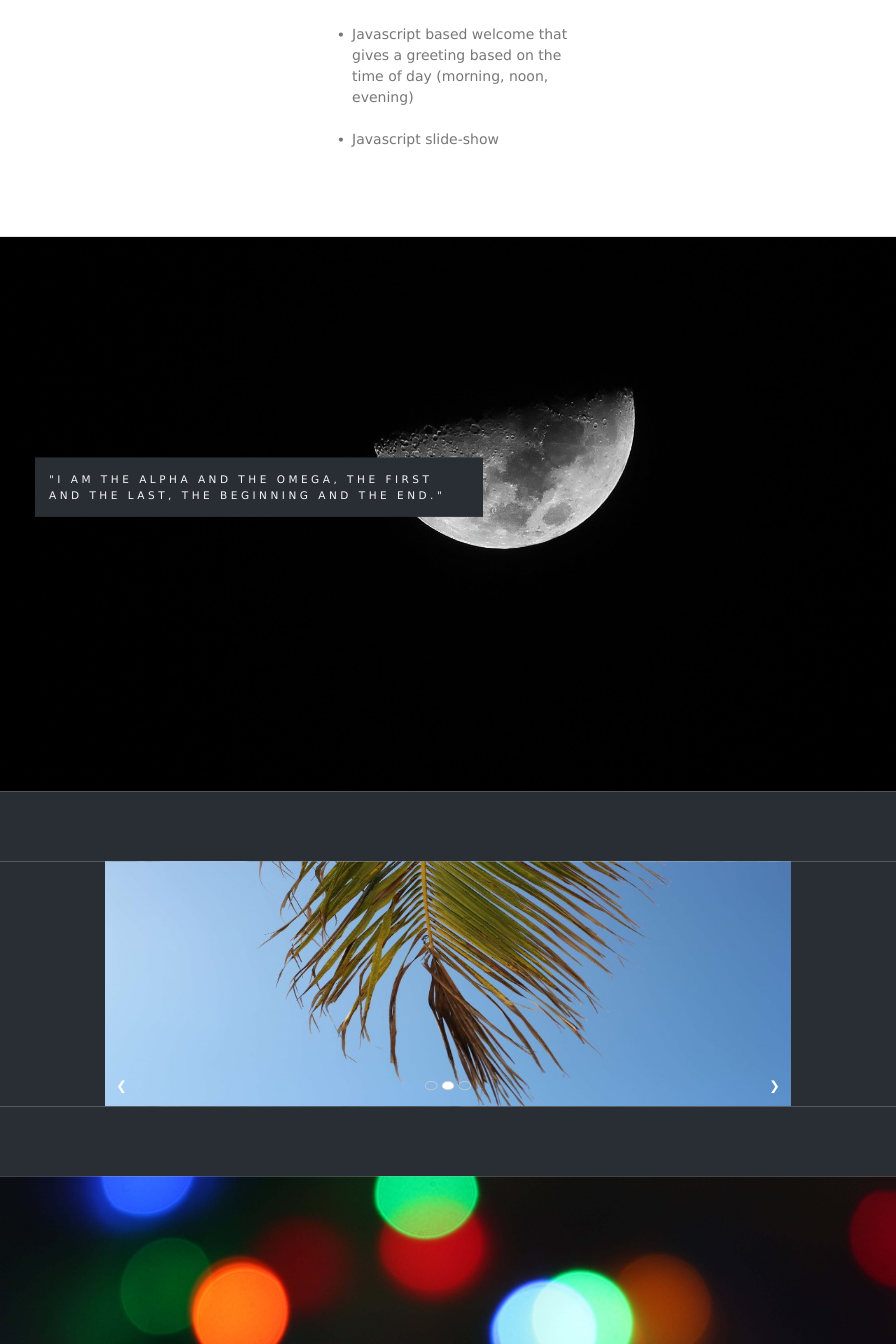
Repository: Jasondhillon/jasondhillon.github.io
Page: index.html
An editor plug-in stored every save of this project. The page is shown before and after the next save, followed by the edit.
The browser window is 1280 px wide. The pictures show the part of the page from y = 1458 to 3378 px (the page is 4201 px tall before and 4351 px after), at 70% of full size.
Backgrounds fixed to the window are drawn as part of the page.

Above is the page before, as saved 2020-04-07 22:36:04.

### index.html
<!DOCTYPE html>
<html>
<head>
  <title>Welcome</title>
  <meta name="viewport" content="width=device-width, initial-scale=1">
  <meta name="robots" content="noindex, nofollow">
  <style>
    /*Above the fold*/
      html, body{width:100%; height: 100%; font-family: 'Ubuntu', sans-serif; color: whitesmoke;}

      .parallax{
      height:110%;
      background-attachment: fixed;
      background-position: center;
      background-repeat: no-repeat;
      background-size: cover;
      z-index: -5;
      }

      .topnav {
      position: absolute;
      overflow: hidden;
      }

      .topnav a {
      float: left;
      display: block;
      color: white;
      text-align: center;
      padding: 22px 21px;
      text-decoration: none;
      text-shadow: 0px 0px 10px black;
      font-size: 20px;
      }


      .topnav a:hover {
      background-color: #ddd;
      color: black;
      text-shadow: none;
      }

      .topnav .icon {
      display: none;
      color: white;
      }

      #welcome{
      text-align: center;
      position: absolute;
      left:0;
      width:100%;
      top:40%;
    }

    /*Mobile Media Query*/
      @media screen and (max-width:770px){
        html{overflow-x: hidden}
        /*Change Parallax to use smaller images*/
        .parallax{background-attachment: scroll;}
        #parallax1{background-image: url(../img/mosaic_small.jpg) !important;}
        #parallax2{background-image: url(../img/moon4_small2.jpg) !important; }
        #parallax3{background-image: url(../img/blur_small.jpg) !important;}

        /*Change Navbar to become hamburger menu*/
        .topnav a:not(:last-child) {
            display: none;
        }

        .topnav{
            min-height:100px;
            position: relative;
        }
        .topnav a.icon {
            position: absolute;
            right: 0;
            display: block;

        }
        .topnav.responsive {
            position: relative;
        }
        .topnav.responsive .icon {
            position: absolute;
            right: 0;
            top: 0;
        }
        .topnav.responsive a {
            float: none;
            display: block;
            text-align: left;
        }
      }
  </style>
  <!-- Async Script -->
    <noscript id="deferred-styles">
      <link rel="stylesheet" type="text/css" href="css/stylesheet.css"/>
      <link rel="stylesheet" href="https://www.w3schools.com/w3css/4/w3.css">
      <link rel="stylesheet" href="https://fonts.googleapis.com/css?family=Lato">
    </noscript>
    <script>
      var loadDeferredStyles = function() {
        var addStylesNode = document.getElementById("deferred-styles");
        var replacement = document.createElement("div");
        replacement.innerHTML = addStylesNode.textContent;
        document.body.appendChild(replacement)
        addStylesNode.parentElement.removeChild(addStylesNode);
      };
      var raf = requestAnimationFrame || mozRequestAnimationFrame ||
          webkitRequestAnimationFrame || msRequestAnimationFrame;
      if (raf) raf(function() { window.setTimeout(loadDeferredStyles, 0); });
      else window.addEventListener('load', loadDeferredStyles);
    </script>

</head>

<body>
<!-- Parallax/Navbar -->
  <div id="parallax1" class="parallax" style=" z-index: 1; height:110%; background-image: url(img/mosaic.JPG);" >
    <!--p style="color:white; height:110%; z-index: -599; position: absolute;"> loading </p-->

    <nav class="topnav" id="myTopnav">
      <a href="">Home</a>
      <a href="website/index.html">Websites</a>
      <a href="java/index.html">Java</a>
      <a href="contact/index.html">Contact</a>
      <a href="javascript:void(0);" style="font-size:25px;" class="icon" onclick="myFunction();">&#9776;</a>
  </nav>

      <script>
          function myFunction()
          {
            var temp;
            var temp2;
            clearInterval(temp);
            clearInterval(temp2);

            var x = document.getElementById("myTopnav");
            var y = document.getElementById("welcometext");

            if (x.className === "topnav")
            {
              x.className += " responsive";

              y.style.opacity = 1;
              var temp = setInterval(function()
              {
                if(y.style.opacity<= 0)
                {
                  y.style.opacity = 0;
                  clearInterval(temp);

                }
                else
                {
                  y.style.opacity-=.1;
                  console.log("subtracting");
                }
              }, 10);

            }
            else
            {
              x.className = "topnav";
              y.style.opacity = 0;
                var temp2 = setInterval(function()
                {
                  if(y.style.opacity>= 1)
                  {
                    y.style.opacity = 1;
                    clearInterval(temp2);

                  }
                  else
                  {
                    y.style.opacity = parseFloat(y.style.opacity) + .05;
                    console.log("adding");
                  }
                }, 10);

            }
          }
      </script>

  <div id="welcome">
    <p id="welcometext">welcome</p>

    <script>
    var x = document.getElementById("welcometext");
    var y = new Date().getHours();
      if(y<12) x.innerHTML = "Good Morning";
      else if(y==12) x.innerHTML = "Welcome";
      else x.innerHTML = "Good Afternoon";
    </script>
  </div>

  </div>

<!-- Quote  -->
  <div style="background-color: white; padding: 80px 50px; line-height: 30px;">
    <h1 style="text-align: center; color: #444; text-transform: uppercase;">Jason Dhillon's Portfolio </h1>
    <p id="quote" >
      Hi there, welcome to my site, you will find various projects through the navbar at the top of the webpage.</p>
      <p id="quote">
        On this particular page of this site I am demonstrating:
      <ul id="quote" style="text-align: left; width: 30%;">
        <li>Pure HTML/CSS/JS written without any libraries</li>
        <li>Asynchronous Loading of CSS</li>
        <li>HTML parallax effect</li>
        <li>Media queries which make site easy to read on smaller screens</li>
        <li>Javascript based welcome that gives a greeting based on the time of day (morning, noon, evening)</li>
        <li>Javascript slide-show</li>
      </ul></p>
  </div>

<!-- Parallax/Moon -->
  <div id="parallax2" class="parallax" style="background-image: url(img/moon4.JPG);">
    <div style="position: relative; left:50px; top:100px; width:50%;">
      <p id="moontext">
        "I am the Alpha and the Omega,
          the First and the Last,
            the Beginning and the End."</p>
      </div>
  </div>

<!-- Slide Show -->
  <div style="background-color: #282E34; height: 100px;"></div>
  <div style="background-color: #282E34;">
    <div class="w3-content w3-display-container" style="height:350px; overflow:hidden">
      <img class="mySlides" src="img/IMG_0911.JPG" style="z-Index:3">
      <img class="mySlides" src="img/IMG_0810.JPG" style="z-Index:2">
      <img class="mySlides" src="img/IMG_1858.JPG" style="z-Index:1">

    <!-- Slide Show Buttons -->
      <div class="w3-center w3-container w3-section w3-large w3-text-white w3-display-bottommiddle" style="width:100%; z-index:4;">
        <div class="w3-left w3-hover-text-khaki" onclick="plusDivs(-1)">&#10094;</div>
        <div class="w3-right w3-hover-text-khaki" onclick="plusDivs(1)">&#10095;</div>
        <span class="w3-badge demo w3-border w3-transparent w3-hover-white" onclick="currentDiv(1)"></span>
        <span class="w3-badge demo w3-border w3-transparent w3-hover-white" onclick="currentDiv(2)"></span>
        <span class="w3-badge demo w3-border w3-transparent w3-hover-white" onclick="currentDiv(3)"></span>
      </div>

      <!--Slide Show Script -->
        <script>
          var slideIndex = 0;
          var j = null;
          document.getElementsByClassName("demo")[slideIndex].className += " w3-white";
          var looper = setInterval(function(){if(j==null){showNextDivs(1+slideIndex);}}, 5000);

          function plusDivs(n) {
            if(looper!== null){
              clearInterval(looper);
              looper = null;
            }

            if(j==null){
            showNextDivs(n+slideIndex);
            }
          }
          function currentDiv(n) {
            if(looper!== null){
              clearInterval(looper);
              looper = null;
            }

            if(j==null){
              showDivs(n);
            }
          }
          //////////////////////////////////////////////////////
          function showDivs(n) {
            var prev = slideIndex;
            var next = n-1;
            var x = document.getElementsByClassName("mySlides");
            var dots = document.getElementsByClassName("demo");

            x[prev].style.zIndex = 3;

            x[next].style.zIndex = 2;

            for(var i = 0; i<x.length; i++){
              if((i!== prev) && (i!==next)){
                x[i].style.zIndex = 1;
              }

            }
              var opc = 1;
              j = setInterval(function(){
                  if (opc <= 0) {
                    x[next].style.zIndex = 3;
                    x[prev].style.zIndex = 2;
                    x[prev].style.opacity = 1;
                      clearInterval(j);
                      j=null;
                  } else {
                      opc-=.01;

                      x[prev].style.opacity = opc;
                  }
              }, 10);

              slideIndex = next;

            for (i = 0; i < dots.length; i++) {
              dots[i].className = dots[i].className.replace(" w3-white", "");
            }

            dots[next].className += " w3-white";
            x[prev].style.opacity = 1;
          }
          ////////////////////////////////////////////////////
          function showNextDivs(n) {
            var x = document.getElementsByClassName("mySlides");
            var dots = document.getElementsByClassName("demo");

            var prev = slideIndex;
            var next = n;
            if (n == -1) {next = 2}
            if (n == 3) {next = 0}
            var x = document.getElementsByClassName("mySlides");
            var dots = document.getElementsByClassName("demo");

            x[prev].style.zIndex = 3;

            x[next].style.zIndex = 2;

            for(var i = 0; i<x.length; i++){
              if((i!== prev) && (i!==next)){
                x[i].style.zIndex = 1;
              }

            }
              var opc = 1;
              j = setInterval(function(){
                  if (opc <= 0) {
                    x[next].style.zIndex = 3;
                    x[prev].style.zIndex = 2;
                    x[prev].style.opacity = 1;
                      clearInterval(j);
                      j=null;
                  } else {
                      opc-=.01;

                      x[prev].style.opacity = opc;
                  }
              }, 10);

              slideIndex = next;

            for (i = 0; i < dots.length; i++) {
              dots[i].className = dots[i].className.replace(" w3-white", "");
            }

            dots[next].className += " w3-white";
            x[prev].style.opacity = 1;

            console.log("Previous: " + prev + "\nslideIndex: " + slideIndex)
          }
        </script>

      </div>
    </div>
  </div>
  <div style="background-color: #282E34; height: 100px;"></div>


<!-- Skype Bot -->
  <span class="skype-button bubble " data-bot-id="2c2a7e41-040a-4fcd-b10a-2480ac3c488e"></span>
  <script src="https://swc.cdn.skype.com/sdk/v1/sdk.min.js"></script>

  <!-- Parallax -->
  <div id="parallax3" class="parallax" style="background-image: url(img/blur.JPG);">
  </div>

  <!-- Footer -->
  <footer class="footer">
    <table class="footer" cellspacing="0" cellpadding="0">

      <tr>
        <td>
          <p class="footer">SOCIAL</p>
          <ul class="footer">
            <li class="footer"><a  class="footer" href="https://www.facebook.com/"> <img src="img/facebook.svg" alt="" width="50px" height="50px"></li>
            <li class="footer"><a  class="footer" href="https://twitter.com/"> <img src="img/twitter.svg" alt="" width="50px" height="50px"></li>
            <li class="footer"><a class="footer" href="https://plus.google.com/+"> <img src="img/googleplus.svg" alt="" width="50px" height="50px"></li>
            <li class="footer"><a class="footer" href="https://www.instagram.com//"> <img src="img/instagram.svg" alt="" width="50px" height="50px"></li>
            <li class="footer"><a class="footer" href="https://www.youtube.com/"> <img src="img/youtube.svg" alt="" width="50px" height="50px"></li>
          </ul>
        </td>

        <!--Desktop-->
        <td id="desktop">
            <h4>You can contact me here</h4>
            <h4><img id="icon" src="img/location2.png">Orlando, FL</h4>
            <h4><img id="icon" src="img/phone2.png"><a style="color:dodgerblue" href="tel:">1-407-407-0000</h4></a></li>
            <h4><img id="icon" src="img/mail2.png"><a style="color:dodgerblue" href="mailto:">email@gmail.com</a></h4>
        </td>
      </tr>

      <!--Mobile-->
      <tr>
        <td id="mobile">
          <ul style="margin: 0 auto; width: 100%; padding: 20px;">
            <li class="footer" style="width:100%"><h4>You can contact me here</h4></li>
            <li class="footer" style="width:100%"><h4><img id="icon" src="img/location2.png">Orlando, FL</h4></li>
            <li class="footer" style="width:100%"><h4><img id="icon" src="img/phone2.png"><a style="color:dodgerblue" href="tel:">1-407-407-0000</h4></a></li>
            <li class="footer" style="width:100%"><h4><img id="icon" src="img/mail2.png"><a style="color:dodgerblue" href="mailto:">email@gmail.com</a></h4></li>
          </ul>
        </td>
      </tr>
    </table>

  </footer>

</body>
</html>

### css/stylesheet.css
html, body{width:100%; height: 100%; font-family: 'Ubuntu', sans-serif; color: whitesmoke;}
a{text-decoration: underline;}
.mySlides {display:block; position: absolute;}
.w3-left, .w3-right, .w3-badge {cursor:pointer}
.w3-badge {height:13px; width:13px; padding:0}

/*Parallax*/
    .parallax{
        height:110%;
        background-attachment: fixed;
        background-position: center;
        background-repeat: no-repeat;
        background-size: cover;
        z-index: -5;
    }

 /*Moon Text*/
    #moontext {
        position: absolute;
        top:200px;
        text-transform:uppercase;
        background-color:#282E34;
        width:100%;
        letter-spacing: 5px;
        padding: 20px;
    }

    #quote{
        text-align: center;
        width:40%; white-space:pre-line;
        margin: 0 auto;
        font-size: 20px;
        color: #777
    }

/*Navbar*/
    .topnav {
        position: absolute;
        overflow: hidden;
        }

        .topnav a {
        float: left;
        display: block;
        color: white;
        text-align: center;
        padding: 22px 21px;
        text-decoration: none;
        text-shadow: 0px 0px 10px black;
        font-size: 20px;
        }


        .topnav a:hover {
        background-color: #ddd;
        color: black;
        text-shadow: none;
        }

        .topnav .icon {
        display: none;
        color: white;
        }

        #welcome{
            text-align: center;
            position: absolute;
            left:0;
            width:100%;
            top:40%;
        }

	#welcometext{
	    opacity: 1;
	    position: absolute;
	    left: 0;
	    right: 0;
	    text-transform: uppercase;
	    background-color: #282E34;
	    width: 250px;
	    text-align: center;
	    font-size: 20px;
	    letter-spacing: 10px;
	    padding: 20px;
	    margin: 0 auto;
	}

/*Footer*/
    footer{
        width:100%;
        background-color: #111;
        text-align: center;
        padding-bottom: 50px;
    }

    p.footer{
        padding-top: 50px;
        color: white;
        font-weight: bold;
    }

    ul.footer{
        display: inline;
        list-style: none;
        padding-right: 50px;
    }
    a.footer{
        text-decoration: none;
    }
    #mobile{
        display: none;
    }
    li.footer{
	    display: inline-block;
    }
    #desktop{
        padding-right: 100px;
        padding-top:50px;
        float: right;
    }
    table.footer{
        width: 100%; table-layout: fixed
    }

/*SkypeBot iframe*/
iframe{
    background-color: #111 !important;
    width: inherit !important;
    height: 2em;
    margin: 0 !important;
}

/*Mobile Media Query*/
    @media screen and (max-width:770px){
    html{overflow-x: hidden}
    /*Change Parallax to use smaller images*/
    .parallax{background-attachment: scroll;}
    #parallax1{background-image: url(../img/mosaic_small.jpg) !important;}
    #parallax2{background-image: url(../img/moon4_small2.jpg) !important; }
    #parallax3{background-image: url(../img/blur_small.jpg) !important;}

    /*Change Navbar to become hamburger menu*/
    .topnav a:not(:last-child) {
        display: none;
    }

    .topnav{
        min-height:100px;
        position: relative;
    }
    .topnav a.icon {
        position: absolute;
        right: 0;
        display: block;

    }
    .topnav.responsive {
        position: relative;
    }
    .topnav.responsive .icon {
        position: absolute;
        right: 0;
        top: 0;
    }
    .topnav.responsive a {
        float: none;
        display: block;
        text-align: left;
    }

    /*Change the slide show to fit the screen*/
    .mySlides{
        margin-left:-150px;
    }

    /*Change footer to mobile friendly variant*/
    .footer{
        padding: 0;
    }
    ul.footer{
        padding-right:0px;
    }

    td.footer{
        padding-right:0;
    }

    #desktop{
        display:none;
    }
    #mobile{
        display:block;
    }

    table{
        width:100%;
    }

    /*Positioning fixes for mobile*/
    #moontext{
        font-size: 12px;
        top:30px;
    }

    #quote{
        width:100% !important;
    }
}
@media screen and(max-width: 1090px){
    #quote{
        width:100% !important;
    }
}

After the next save:
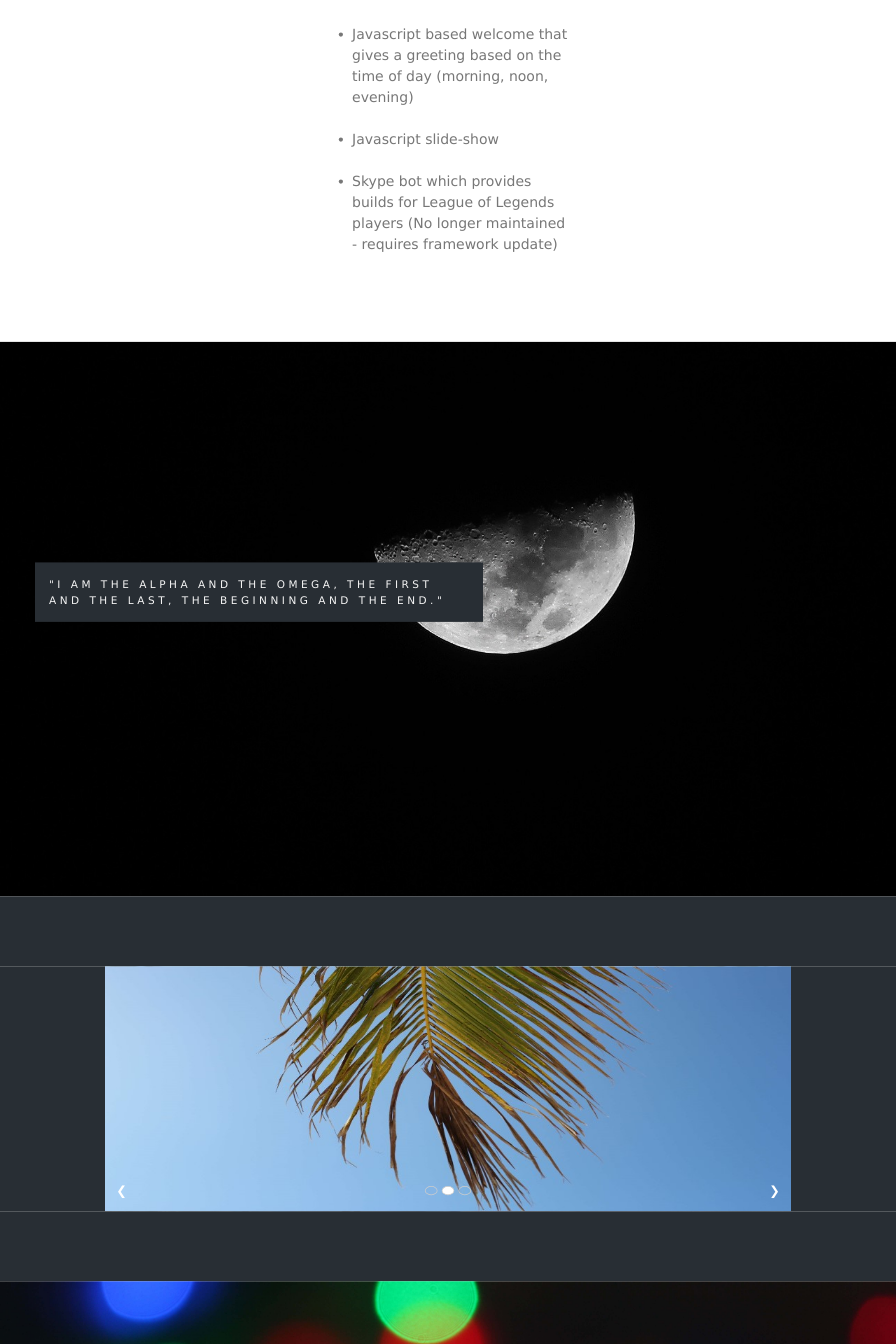
Saved 32 min 51 s later.
--- a/index.html
+++ b/index.html
@@ -210,6 +210,7 @@
         <li>Media queries which make site easy to read on smaller screens</li>
         <li>Javascript based welcome that gives a greeting based on the time of day (morning, noon, evening)</li>
         <li>Javascript slide-show</li>
+        <li>Skype bot which provides builds for League of Legends players (No longer maintained - requires framework update)</li>
       </ul></p>
   </div>
 
